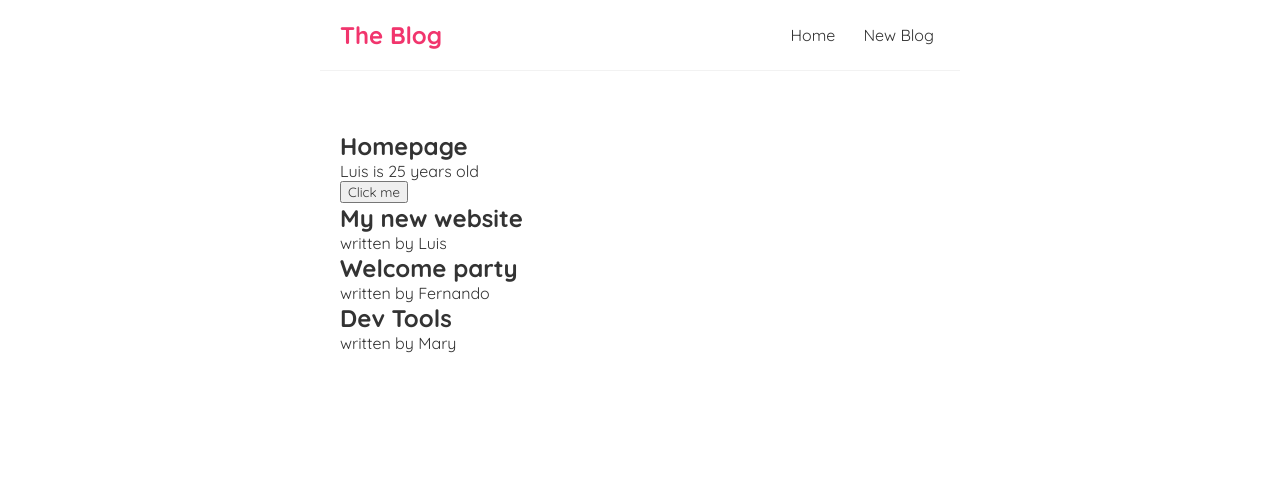
Repository: castilla-aurela/react-blog
Page: /
An editor plug-in stored every save of this project. The page is shown before and after a run of saves, followed by the edit.
The browser window is 1280 px wide. The pictures show the whole page.
The project was rebuilt for these pictures with package versions that can differ from the ones it lists, and the page was loaded fresh each time.

Above is the page before, as saved 2022-02-17 16:56:44.

### src/index.css
@import url('https://fonts.googleapis.com/css2?family=Quicksand:wght@300;400;500;600;700&display=swap');

/* base styles */

* {
  margin: 0;
  font-family: "Quicksand";
  color: #333;
}

.navbar {
  padding: 20px;
  display: flex;
  align-items: center;
  max-width: 600px;
  margin: 0 auto;
  border-bottom: 1px solid #f2f2f2;
}
.navbar h1 {
  color: #f1356d;
}
.navbar .links {
  margin-left: auto;
}
.navbar a {
  margin-left: 16px;
  text-decoration: none;
  padding: 6px;
}
.navbar a:hover {
  color: #f1356d;
}
.content {
  max-width: 600px;
  margin: 40px auto;
  padding: 20px;
}

/* Blog previews /  list */

.blog-preview{
  padding: ;
}

### src/App.js

import Home from './Home';
import Navbar from './Navbar';


function App() {
  return (
    <div className="App">
      <Navbar/>
      <div className='content'>
        <Home/>
      </div>
    </div>
  );
}

export default App;

### src/Home.js
import { useState } from "react";

const Home = () => {
  //let name = 'Luis'
  const [name, setName] = useState("Luis");
  const [age, setAge] = useState(25);
  const [blogs, setBlogs] = useState([
    {
      tittle: "My new website",
      body: "lorem ipsum ...",
      author: "Luis",
      id: 1,
    },
    {
      tittle: "Welcome party",
      body: "lorem ipsum ...",
      author: "Fernando",
      id: 2,
    },
    { tittle: "Dev Tools", body: "lorem ipsum ...", author: "Mary", id: 3 },
  ]);

  const handleClick = () => {
    //name = "Fernando";
    //console.log(name)
    setName("Fernando");
    setAge(30);
  };

  return (
    <div className="home">
      <h2>Homepage</h2>
      <p>
        {name} is {age} years old
      </p>
      <button onClick={handleClick}>Click me</button>
      {blogs.map((blog) => (
        <div className="blog-preview" key={blog.id}>
          <h2>{blog.tittle}</h2>
          <p>written by {blog.author}</p>
        </div>
      ))}
    </div>
  );
};

export default Home;

### src/Navbar.js
const Navbar = () => {
    return (
        <nav className="navbar">
            <h1>The Blog</h1>
            <div className="links">
                <a href="/">Home</a>
                <a href="/create" >New Blog</a>
            </div>
        </nav>

     );
}

export default Navbar;

Loaded but not shown: public/index.html (common file); src/index.js (common file)

After the next 10 saves:
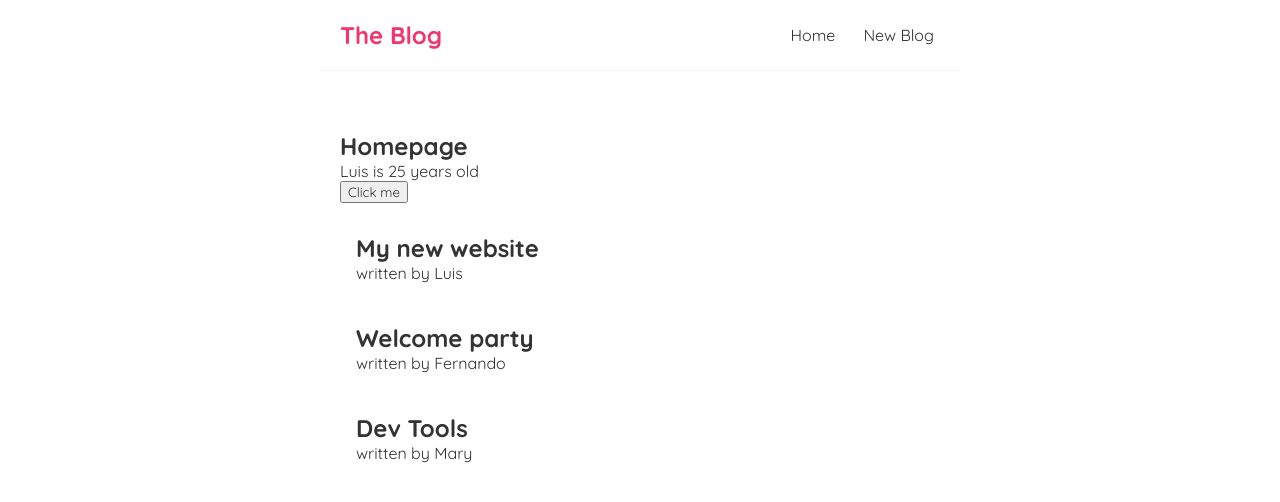
The 10 saves are shown as one change because they came seconds apart.
The last was saved 22 s later.
--- a/src/index.css
+++ b/src/index.css
@@ -39,5 +39,7 @@
 /* Blog previews /  list */
 
 .blog-preview{
-  padding: ;
+  padding: 10px 16px;
+  margin: 20px 0;
+  border
 }
